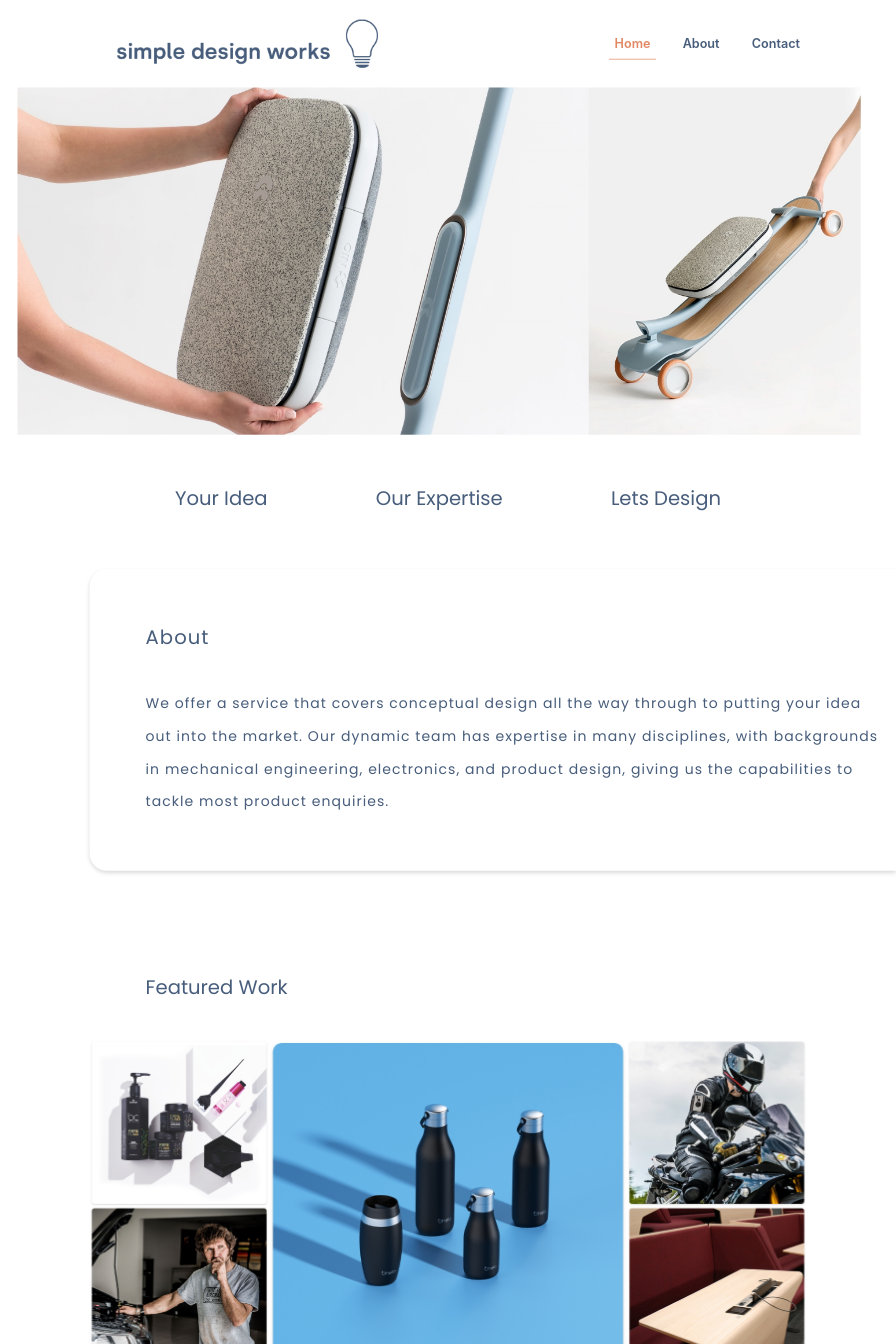
Repository: cobyfoster99/User-Centric-frontend-project
Page: index.html
The author's editor kept a record of every edit. The page is drawn from the files as they stood at one moment, then again after the next edit.
The browser window is 1280 px wide. The pictures show the part of the page from y = 0 to 1920 px (the page is 3247 px tall), at 70% of full size.
Some web libraries are served in a nearby version.

Above is the page before.

### index.html
<!DOCTYPE html>
<html lang="en">

<head>
    <meta charset="UTF-8">
    <meta name="viewport" content="width=device-width, initial-scale=1.0, max-scale=1.0">
    <meta http-equiv="X-UA-Compatible" content="ie=edge">
    <link rel="stylesheet" href="assets/css/style.css" type="text/css" />
    <link rel="stylesheet" href="https://stackpath.bootstrapcdn.com/font-awesome/4.7.0/css/font-awesome.min.css" type="text/css" />
    <script src="https://kit.fontawesome.com/78b1021543.js"></script>
    <link rel="stylesheet" href="https://stackpath.bootstrapcdn.com/bootstrap/4.3.1/css/bootstrap.min.css" integrity="sha384-ggOyR0iXCbMQv3Xipma34MD+dH/1fQ784/j6cY/iJTQUOhcWr7x9JvoRxT2MZw1T" crossorigin="anonymous">
    <title>Simple Design Works | Product Design Agency</title>
</head>

<body>

    <header>
        <nav class="navbar navbar-expand-md">
            <img class="logo" src="./assets/media-library/logo.png"></img>
            <button class="navbar-toggler navbar-light" type="button" data-toggle="collapse" data-target="#collapsibleNavbar">
    <span class="navbar-toggler-icon"></span>
  </button>
            <div class="collapse navbar-collapse nav-center" id="collapsibleNavbar">
                <ul class="navbar-nav">
                    <li class="nav-item">
                        <a class="nav-active nav-link" href="#">Home</a>
                    </li>
                    <li class="nav-item">
                        <a class="nav-link" href="#">About</a>
                    </li>
                    <li class="nav-item">
                        <a class="nav-link" href="#">Contact</a>
                    </li>
                </ul>
            </div>
        </nav>
    </header>

    <section>

        <!--------------------- Global Banner Image--------------------->
        <div class="container-fluid">
            <div class="row banner-image-container no-gutters">
                <img class="banner-image" src="assets/media-library/home_image.jpg"></img>
            </div>
        </div>

        <!--------------------- SDW Catch Phrase --------------------->
        <div class="container-fluid">
            <div class="col-12">
                <div class="catchphrase">
                    <h3 class="header-h3">Your Idea</h3>
                    <h3 class="header-h3">Our Expertise </h3>
                    <h3 class="header-h3">Lets Design</h3>
                </div>
            </div>
        </div>

        <!--------------------- Home Page About --------------------->
        <div class="container-about">
            <div class="about-section">
                <h3 class="about-h3 aligned-border">About</h3>
                <p class="aligned-border about-p">We offer a service that covers conceptual design all the way through to putting your idea out into the market. Our dynamic team has expertise in many disciplines, with backgrounds in mechanical engineering, electronics, and product design,
                    giving us the capabilities to tackle most product enquiries.

                </p>
            </div>
        </div>

        <!--------------------- Home Page Portfolio --------------------->
        <div class="container-porfolio text-center">
            <h3 class="left-Featured">Featured Work</h3>
            <div class="row no-gutters">
                <div class="col-lg-3 col-md-12 portfolio-skp"><img class="img-fluid padded-image" src="./assets/media-library/skp2.jpg"></img> <img class="img-fluid padded-image" src="./assets/media-library/guy.jpg"></img>
                </div>

                <div class="col-lg-6 col-md-12 text-center portfolio-skp"><img class="img-fluid padded-image" src="./assets/media-library/ohello.jpg"></img>
                </div>
                <div class="col-lg-3 col-md-12 portfolio-skp"><img class="img-fluid padded-image" src="./assets/media-library/Bike.jpg"></img> <img class="img-fluid padded-image padded-image" src="./assets/media-library/furniture.jpg"></img>
                </div>
            </div>
        </div>

        <!--------------------- Home Page Contact --------------------->

    </section>
    <div class="container-contact text-center">
        <h2 class="home-contact-header">Get In Touch!</h2>
        <form>

            <input type="ftext" name="full-name" placeholder="Full Name" class="full-name" />

            <input type="ftext" name="full-name" placeholder="Full Name" class="full-name" />

            <input type="ftext" name="full-name" placeholder="Full Name" class="full-name" />


            <textarea rows="8" name="discuss" placeholder="Discuss Your Idea..." class="dicuss-idea"></textarea>

            <input type="submit" value="Submit" class="submit-button" />
        </form>
    </div>

    <footer>
        <div class="container-fluid">
            <div class="row no-gutters footer-about">
                <div class="col-sm footer-section">
                    <h2 class="footer-h2">About</h2>
                    <p class="footer-p">We offer a service that covers conceptual design all the way through to putting your idea out into the market. Our dynamic team has expertise in many disciplines, with backgrounds in mechanical engineering, electronics, and product
                        design, giving us the capabilities to tackle most product enquiries.
                    </p>
                </div>
                <div class="col-sm footer-section footer-location">
                    <h2 class="footer-h2">Location</h2>
                    <p class="footer-p">Rural Enterprise Centre,<br> Rotherwas Industrial Estate<br> Hereford
                        <br> HR2 6FE<br>
                    </p>
                </div>
                <div class="col-sm footer-section footer-sitemap">
                    <h2 class="footer-h2">Sitemap</h2>
                    <p class="footer-p"><a class="footer-links" href="/home">Home</a> <br> <a class="footer-links" href="/about">About</a> <br> <a class="footer-links" href="/contact">Contact</a> <br>
                        <p class="footer-p">© simple design works 2019</p>
                    </p>
                </div>


            </div>
        </div>
    </footer>

</body>

</html>

### assets/css/style.css
/* ------------------------------------------- Typography */

@import url('https://fonts.googleapis.com/css?family=Poppins:400,600,700&display=swap');

h1,
h2,
h3,
h4,
h5,
p,
span {
    font-family: "poppins", sans-serif;
    color: #475D7B;
}



/* -------------------------------------------- Header */

header {
    background-color: #fffff;
    padding-top: 20px;
    padding-bottom: 20px;
}

.logo {
    width: auto;
    transition: all .5s ease-in-out;
    -moz-transition: all .5s ease-in-out;
    -webkit-transition: all .5s ease-in-out;
}

.list-inline {
    padding-top: 60px;
    padding-bottom: 40px;
    text-align: center;
}

.list-inline-item {
    padding-bottom: 10px;
}

@media only screen and (max-width: 1920px) and (min-width: 1220px) { .nav-center {
    margin-left: 300px;
    margin-right: auto;
}
}

.nav {
    width: 80%
    margin-left:auto;
    margin-right: auto;
}

.menucontainer {
    font-size: 0px;
    text-decoration: none;
}

.navbar-light .navbar-nav .nav-link {
    color: #475D7B;
}

.nav-link {
    font-size: 18px;
    text-align: center;
    text-decoration: none;
    color: #475D7B;
    font-weight: 600;
    transition: all .5s ease-in-out;
    -moz-transition: all .5s ease-in-out;
    -webkit-transition: all .5s ease-in-out;
}

.nav-item {
    padding-left: 30px;
}
.nav-link:hover {
    color: #E18763;
}

.nav-active {
    color: #E18763;
    border-bottom: 1px solid #E18763;
}

/* -------------------------------------------- Media Queries - Header */

@media only screen and (max-width: 1920px) and (min-width: 1220px) {
    header {
        margin-left: 150px;
    }
}

@media only screen and (max-width: 1440px) and (min-width: 768px) {
    .menuitem {
        padding-bottom: 10px;
    }
}




/* -------------------------------------------- Banner Image Global */

.banner-image {
    display: block;
    margin-left: auto;
    margin-right: auto;
    padding-left: 10px;
    max-width: 100%;
    height: auto;
}

/* -------------------------------------------- SDW Catchphrase Global */

.catchphrase {
    display: block;
    text-align: center;
    margin-left: auto;
    margin-right: auto;
    padding-bottom: 75px;
    padding-top: 75px;
}

.header-h3 {
    text-align: center;
    display: inline-block;
    padding-left: 10px;
}

/* -------------------------------------------- Home-page About */

.about-section {
    display: block;
    box-shadow: 0px 3px 6px rgba(0, 0, 0, 0.15);
    border-radius: 25px;
    margin-bottom: 50px;
}

.aligned-border {
    padding: 20px;
}

.about-h3 {
    padding-top: 75px;
    line-height: 35pt;
    letter-spacing: 1.5px;
}

.about-p {
    padding-top: 20px;
    padding-bottom: 75px;
    line-height: 35pt;
    letter-spacing: 1.5px;
    font-size: 20px;
}

.container-about {
    margin-left: auto;
    margin-right: auto;
    width: 80%;
}


/* -------------------------------------------- Media Queries - Home-page-about */

@media only screen and (max-width: 1920px) and (min-width: 1200px) {
    .container-about {
        margin-right: 0;
        margin-left: 10%;
        width: 90%;
    }
}

@media only screen and (max-width: 1920px) and (min-width: 1200px) {
    .about-section {
        border-radius: 25px 0px 0px 25px;
    }
}


@media only screen and (max-width: 1920px) and (min-width: 1200px) {
    .about-p,
    .about-h3 {

        padding-left: 80px;

    }
}

@media only screen and (max-width: 1220px) and (min-width: 320px) {
    .about-p,
    .about-h3 {

        line-height: normal;
        letter-spacing: normal;
        text-align: center;

    }
}

@media only screen and (max-width: 1220px) and (min-width: 320px) {
    .about-p {
        padding-bottom: 50px;
        padding-top: 0px;
        font-size: 16px;
    }
}

@media only screen and (max-width: 1220px) and (min-width: 320px) {
    .about-h3 {
        padding-top: 50px;
    }
}



/* -------------------------------------------- Media Queries - Catchphrase Global */

@media only screen and (max-width: 1920px) and (min-width: 768px) {
    .header-h3 {
        padding-left: 75px;
        padding-right: 75px;
    }
}






/* -------------------------------------------- Footer */

footer {
    background-color: #f1f1f1;
    padding-top: 20px;
    padding-bottom: 20px;
}

.footer-section {
    text-align: left;
    padding-top: 20px;
    padding-bottom: 20px;
}


.footer-h2 {
    padding-bottom: 20px;
    font-size: 24px;
    text-align: left;
}

.footer-p {
    font-size: 16px;
    line-height: 22pt;
    text-align: left;
}

.footer-links {
    text-decoration: none;
    color: #475D7B;
}

.footer-links:hover {
    text-decoration: none;
    color: #475D7B;
}

/* -------------------------------------------- Media Queries - Footer */

@media only screen and (max-width: 1920px) and (min-width: 1220px) {
    .footer-location {
        margin-left: 180px;
    }
}

@media only screen and (max-width: 1920px) and (min-width: 1220px) {
    footer {
        padding-left: 250px;
        padding-right: 250px;
    }
}

@media only screen and (max-width: 1200px) and (min-width: 768px) {
    footer {
        padding-left: 50px;
        padding-right: 0px;
    }
}

@media only screen and (max-width: 1440px) and (min-width: 768px) {
    .footer-sitemap,
    .footer-location {
        margin-left: 50px;
        padding-right: 0px;
    }
}

@media only screen and (max-width: 1200px) and (min-width: 386px) {
    .footer-p {
        font-size: 14px;
    }
}





/* -------------------------------------------- Portfolio Section - Homepage*/

.container-porfolio {
    margin-left: auto;
    margin-right: auto;
    width: 80%;
    padding-top: 100px;
    padding-bottom: 100px;
}

.portfolio-title {
    padding-left: 80px;
    padding-bottom: 50px;
}

@media only screen and (max-width: 1200px) and (min-width: 300px) {
    .portfolio-title {
        padding-left: 0px;
        text-align: center;
        padding-bottom: 20px;
    }
}

.skp-image {
    transition: all .5s ease-in-out;
    -moz-transition: all .5s ease-in-out;
    -webkit-transition: all .5s ease-in-out;
    display: inline-block;
}


@media only screen and (max-width: 1200px) and (min-width: 300px) {
    .container-portfolio {
        width: 100%;
        margin: 0;
    }
}

.folio-image {
    max-width: 100%;
    width: auto;
    min-height: auto;
    vertical-align: top;
    margin-right: auto;
    margin-left: auto;
    padding-top: 25px;
}

.folio-image-right {
    vertical-align: top;
    float: left;
    text-align: right;
}

.portfolio-skp {
    margin-left: auto;
    margin-right: auto;
}

@media only screen and (max-width: 1920px) and (min-width: 1200px) {
    .portfolio-item-large {
        margin: 0;
    }
}

.padded-image {
    padding-bottom: 0px;
}

@media only screen and (max-width: 1920px) and (min-width: 1200px) {
    .left-Featured {
        text-align: left;
        padding-left: 80px;
    }

}

.left-Featured {
    padding-bottom: 50px;
}


/* -------------------------------------------- Contact Section - Homepage*/

.container-contact {
    margin-left: auto;
    margin-right: auto;
    width: 80%;
    padding-bottom: 100px;
}

.full-name {
    margin-top: 20px;
    width: 100%;
    height: 50px;
    box-shadow: 0px 3px 6px rgba(0, 0, 0, 0.15);
    border-radius: 10px;
    border: none;
    font-family: "poppins", sans-serif;
    font-size: 16px;
}

::-webkit-input-placeholder {
    color: #475D7B;
    padding-left: 20px;
}


.dicuss-idea {
    margin-top: 20px;
    width: 100%;
    box-shadow: 0px 3px 6px rgba(0, 0, 0, 0.15);
    border-radius: 10px;
    border: none;
    font-family: "poppins", sans-serif;
    font-size: 16px;
}

.submit-button {
    width: 30%;
    margin-top: 20px;
    margin-left: 0;
    height: 50px;
    border-radius: 10px;
    border: none;

}

After the next edit:
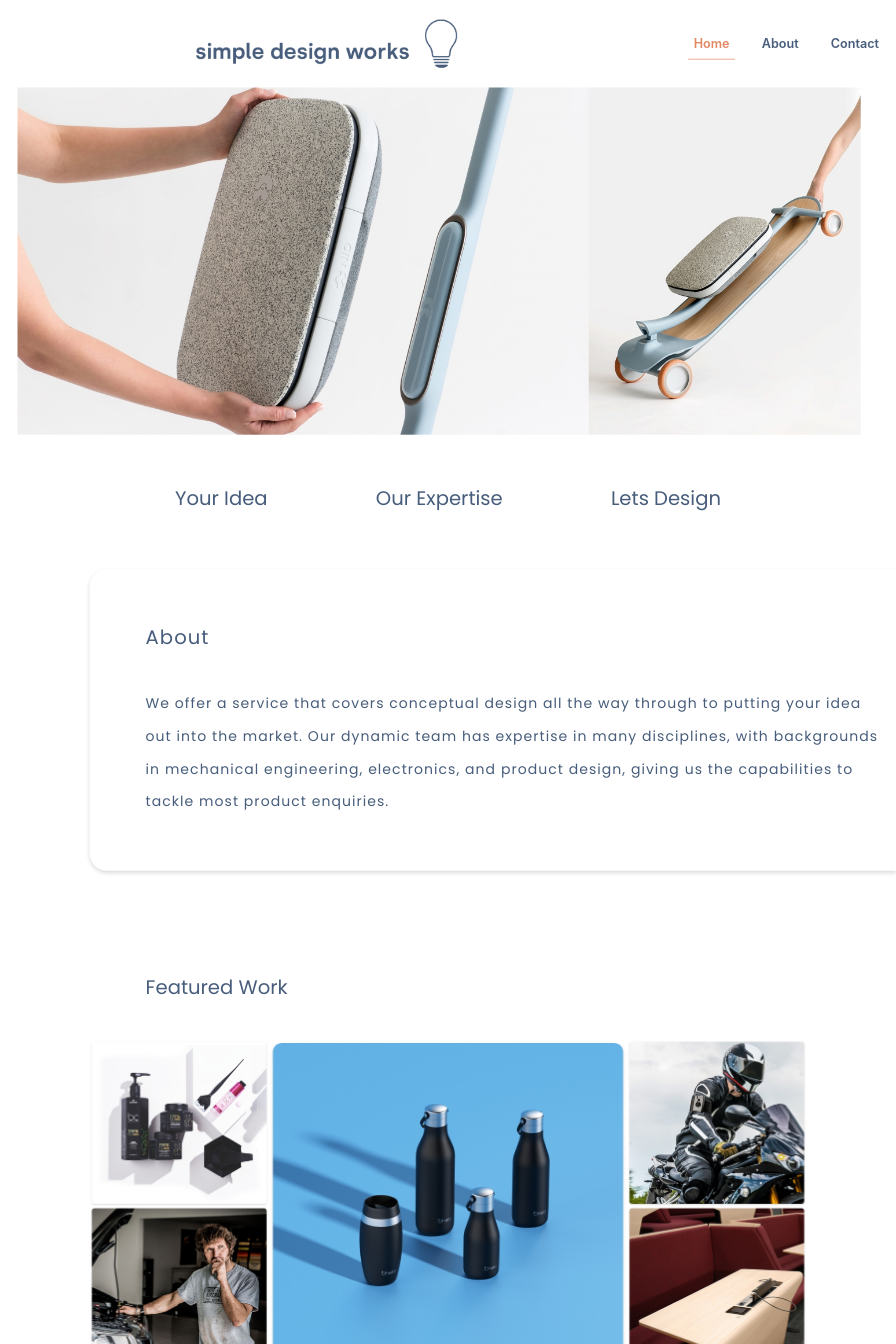
The edit:
--- a/assets/css/style.css
+++ b/assets/css/style.css
@@ -46,8 +46,8 @@
 }
 }
 
-.nav {
-    width: 80%
+nav {
+    width: 80%;
     margin-left:auto;
     margin-right: auto;
 }
